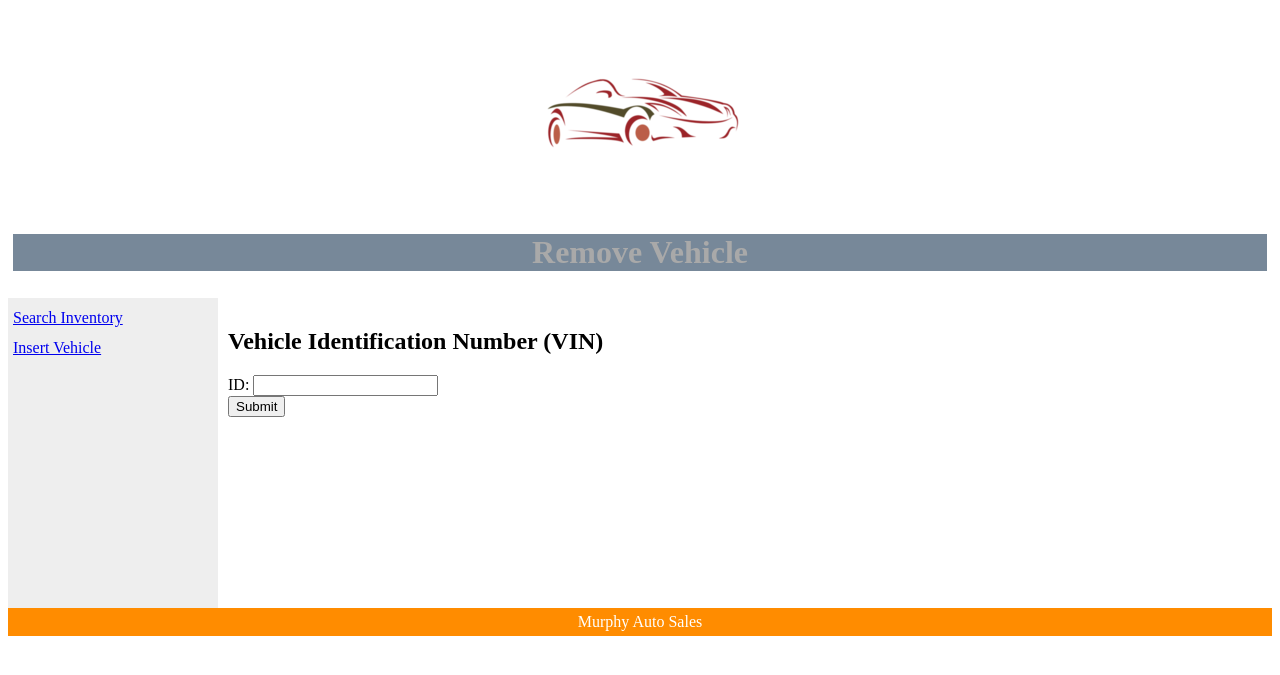
Repository: CamdenMurphy/workspace4830-intro-to-software-engineering
Page: techExercise/techExercise-Murphy/src/main/webapp/delete_murphy.html
An editor plug-in stored every save of this project. The page is shown before and after the next save, followed by the edit.
The browser window is 1280 px wide. The pictures show the whole page.

Above is the page before, as saved 2023-10-12 06:28:26.

### techExercise/techExercise-Murphy/src/main/webapp/delete_murphy.html
<html>
<head>
<style>
header {

	text-align: center;
    padding:5px;
}
nav {
    line-height:30px;
    background-color:#eeeeee;
    height:300px;
    width:200px;
    float:left;
    padding:5px;
}
img {
	display: inline-block;
}
section {
    width:500px;
    float:left;
    padding:10px;
}
footer {
    background-color:darkorange;
    color:White;
    clear:both;
    text-align:center;
    padding:5px;
}
header h1 {
	background-color: lightslategray;
	color: darkgray;
}
</style>
</head>

<body>
<header>
	<img src="car_icon.webp" alt="car logo">
	<h1> Remove Vehicle </h1>
</header>

<nav>
<a href="/techExercise-Murphy/search_murphy.html">Search Inventory</a> <br>
<a href="/techExercise-Murphy/insert_murphy.html">Insert Vehicle</a> <br>
</nav>

<section>
	<h1>Vehicle Identification Number (VIN)</h1>

	<form action="DeleteMurphy" method="POST">

		ID: <input type="text" name="id"> <br/>

		<input type="submit" value="Submit" />
	</form>
</section>

<footer>
	Murphy Auto Sales
</footer>
</body>
</html>

After the next save:
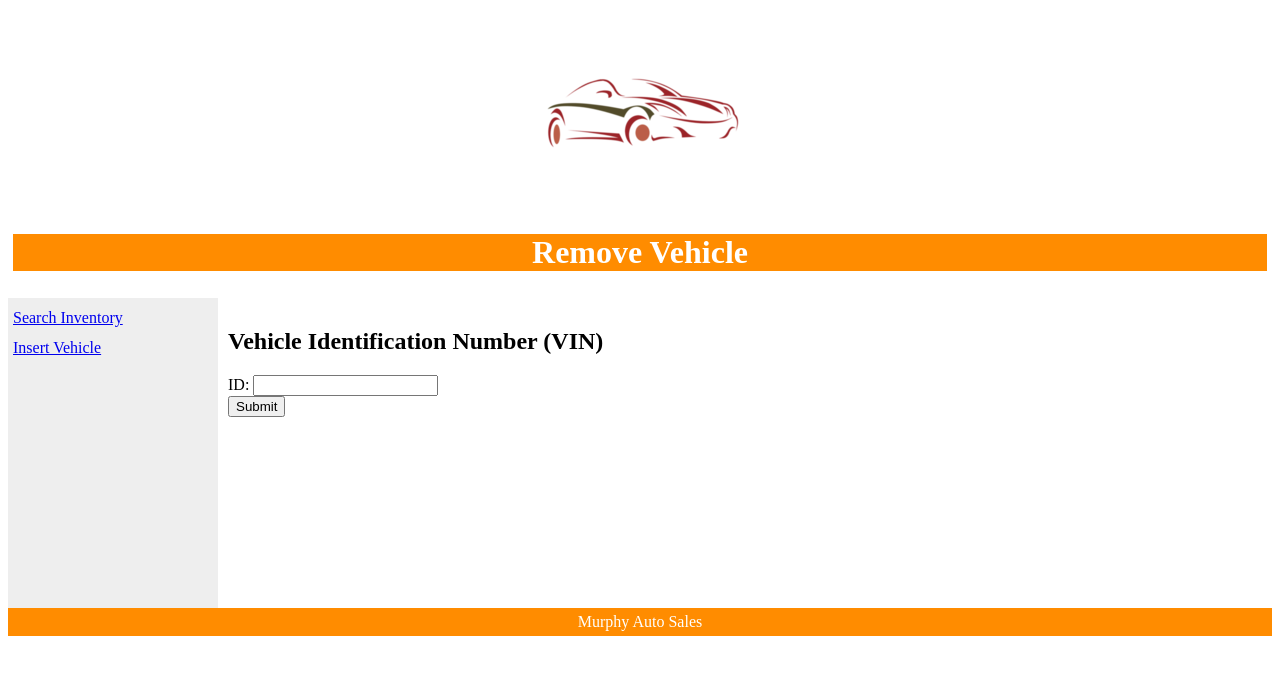
Saved 31 s later.
--- a/techExercise/techExercise-Murphy/src/main/webapp/delete_murphy.html
+++ b/techExercise/techExercise-Murphy/src/main/webapp/delete_murphy.html
@@ -30,8 +30,8 @@ footer {
     padding:5px;
 }
 header h1 {
-	background-color: lightslategray;
-	color: darkgray;
+	background-color: darkorange;
+	color: white;
 }
 </style>
 </head>
